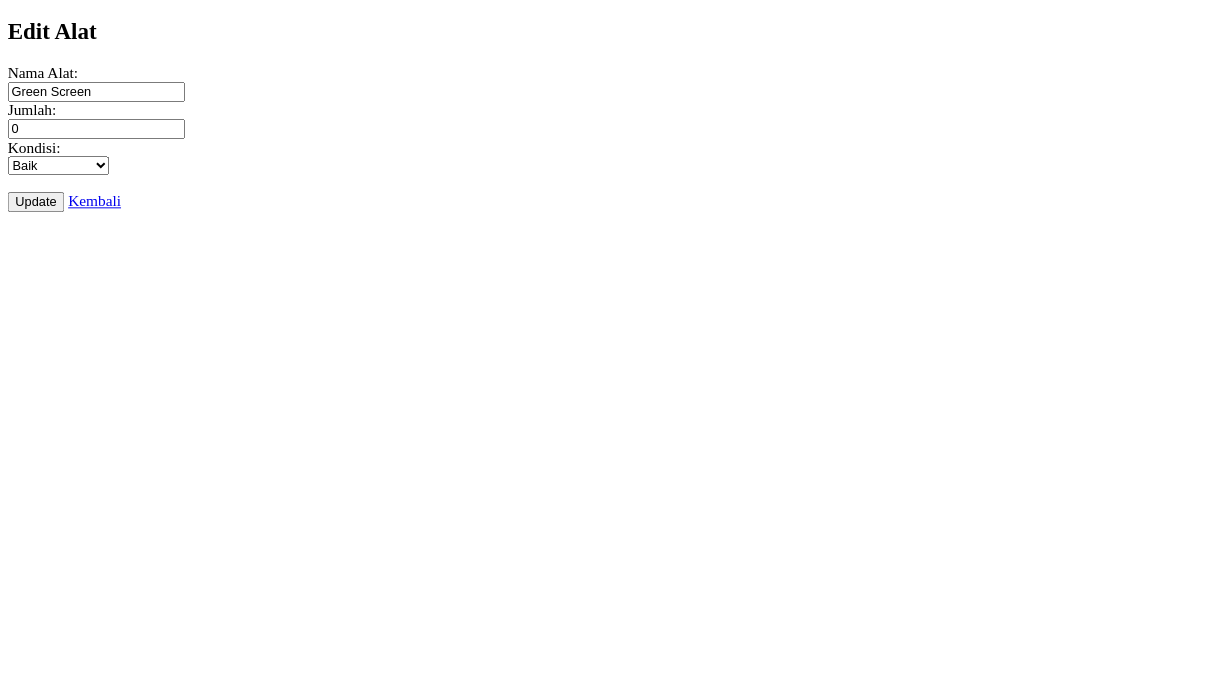
Repository: fatkquladhim/multimedia_app
Page: http://localhost/admin/daftar alat/edit-barang.php?id=7
The author's editor kept a copy of each file at every save. The page is drawn from the files as they stood at one save, then again after the next save.
The browser window is 1280 px wide. The pictures show the whole page, at 96% of full size.
Some web libraries are served in a nearby version. The page is run by PHP 8.4 with error messages shown; the project is at /var/www/html/. The session is filled in as if someone had signed in: {"user_id": 2, "username": "asep", "role": "admin"}. Other server files are loaded and not shown. The database holds what the project's SQL file puts in it.

Above is the page before, as saved 2025-07-18 22:57:59.

### admin/daftar alat/edit-barang.php
<?php
session_start();
if (!isset($_SESSION['user_id']) || $_SESSION['role'] !== 'admin') {
    header('Location: ../../auth/login.php');
    exit;
}

require_once '../../includes/db_config.php';
$conn = new mysqli(DB_HOST, DB_USER, DB_PASS, DB_NAME);

// Ambil data alat yang akan diedit
if (isset($_GET['id'])) {
    $id = $_GET['id'];
    $stmt = $conn->prepare("SELECT * FROM alat WHERE id = ?");
    $stmt->bind_param("i", $id);
    $stmt->execute();
    $result = $stmt->get_result();
    $alat = $result->fetch_assoc();

    if (!$alat) {
        header("Location: daftar-alat.php?status=error&message=Alat tidak ditemukan");
        exit;
    }
    $stmt->close();
}

// Proses update data
if ($_SERVER['REQUEST_METHOD'] === 'POST') {
    $id = $_POST['id'];
    $nama_alat = $_POST['nama_alat'];
    $jumlah = $_POST['jumlah'];
    $kondisi = $_POST['kondisi'];

    $stmt = $conn->prepare("UPDATE alat SET nama_alat = ?, jumlah = ?, kondisi = ? WHERE id = ?");
    $stmt->bind_param("sisi", $nama_alat, $jumlah, $kondisi, $id);

    if ($stmt->execute()) {
        header("Location: daftar-alat.php?status=success&message=Alat berhasil diupdate");
    } else {
        header("Location: edit-barang.php?id=$id&status=error&message=Gagal mengupdate alat");
    }

    $stmt->close();
    $conn->close();
    exit;
}
?>

<!DOCTYPE html>
<html>
<head>
    <title>Edit Alat</title>
</head>
<body>
    <h2>Edit Alat</h2>

    <?php
    if (isset($_GET['status']) && isset($_GET['message'])) {
        echo "<div class='alert'>" . htmlspecialchars($_GET['message']) . "</div>";
    }
    ?>

    <form method="POST">
        <input type="hidden" name="id" value="<?php echo $alat['id']; ?>">

        <div>
            <label>Nama Alat:</label><br>
            <input type="text" name="nama_alat" value="<?php echo htmlspecialchars($alat['nama_alat']); ?>" required>
        </div>

        <div>
            <label>Jumlah:</label><br>
            <input type="number" name="jumlah" value="<?php echo $alat['jumlah']; ?>" min="0" required>
        </div>

        <div>
            <label>Kondisi:</label><br>
            <select name="kondisi" required>
                <option value="Baik" <?php echo ($alat['kondisi'] == 'Baik') ? 'selected' : ''; ?>>Baik</option>
                <option value="Rusak Ringan" <?php echo ($alat['kondisi'] == 'Rusak Ringan') ? 'selected' : ''; ?>>Rusak Ringan</option>
                <option value="Rusak Berat" <?php echo ($alat['kondisi'] == 'Rusak Berat') ? 'selected' : ''; ?>>Rusak Berat</option>
            </select>
        </div>

        <br>
        <button type="submit">Update</button>
        <a href="daftar-alat.php">Kembali</a>
    </form>
</body>
</html>

### includes/db_config.php
<?php
// Konfigurasi database
define('DB_HOST', 'localhost');
define('DB_USER', 'root'); // ganti jika user database Anda berbeda
define('DB_PASS', '');     // ganti jika ada password database
define('DB_NAME', 'db_multimedia'); // nama database
?>

### db_multimedia (2).sql (the tables this page reads)
CREATE TABLE `alat` (
  `id` int(11) NOT NULL,
  `nama_alat` varchar(100) NOT NULL,
  `jumlah` int(11) DEFAULT 0,
  `kondisi` varchar(50) DEFAULT NULL
) ENGINE=InnoDB DEFAULT CHARSET=utf8mb4 COLLATE=utf8mb4_general_ci;

INSERT INTO `alat` (`id`, `nama_alat`, `jumlah`, `kondisi`) VALUES
(2, 'sapu', 1, 'Baik'),
(3, 'Kamera DSLR', 1, 'Baik'),
(4, 'Tripod', 8, 'Baik'),
(5, 'Lighting Set', 1, 'Baik'),
(6, 'Microphone', 2, 'Baik'),
(7, 'Green Screen', 0, 'Baik');

ALTER TABLE `alat`
  ADD PRIMARY KEY (`id`);

ALTER TABLE `alat`
  MODIFY `id` int(11) NOT NULL AUTO_INCREMENT, AUTO_INCREMENT=9;

### admin/header.php
    <?php
    // includes/header.php
    // Pastikan session sudah dimulai di file yang meng-include ini
    ?>
    <!DOCTYPE html>
    <html lang="en">
    <head>
        <meta charset="UTF-8">
        <meta name="viewport" content="width=device-width, initial-scale=1.0">
        <title>Admin Dashboard</title> <!-- Sesuaikan judul per halaman -->
        <script src="https://cdn.tailwindcss.com"></script>
        <link href="https://cdnjs.cloudflare.com/ajax/libs/font-awesome/6.0.0/css/all.min.css" rel="stylesheet">
        <script>
            tailwind.config = {
                darkMode: 'class',
                theme: {
                    extend: {
                        colors: {
                            'light-blue': {
                                50: '#f0f9ff',
                                100: '#e0f2fe',
                                200: '#bae6fd',
                                300: '#7dd3fc',
                                400: '#38bdf8',
                                500: '#0ea5e9',
                                600: '#0284c7',
                                700: '#0369a1',
                                800: '#075985',
                                900: '#0c4a6e'
                            }
                        }
                    }
                }
            }
        </script>
        <style>
            /* Styles from dashboard.php */
            .sidebar {
                transition: all 0.4s cubic-bezier(0.4, 0, 0.2, 1);
            }
            .main-content-area {
                transition: all 0.4s cubic-bezier(0.4, 0, 0.2, 1);
            }
            .sidebar-nav-item {
                transition: all 0.3s ease-in-out;
            }
            .dark-mode-transition {
                transition: background-color 0.3s ease, color 0.3s ease;
            }
            .gradient-bg {
                background: linear-gradient(135deg, #e0f2fe 0%, #bae6fd 100%);
            }
            .dark .gradient-bg {
                background: linear-gradient(135deg, #1e293b 0%, #334155 100%);
            }
            .glass-effect {
                backdrop-filter: blur(10px);
                background: rgba(255, 255, 255, 0.9);
            }
            .dark .glass-effect {
                background: rgba(30, 41, 59, 0.9);
            }
            .hover-scale {
                transition: transform 0.2s ease;
            }
            .hover-scale:hover {
                transform: scale(1.02);
            }
            .animate-fade-in {
                animation: fadeIn 0.5s ease-in-out;
            }
            @keyframes fadeIn {
                from {
                    opacity: 0;
                    transform: translateY(10px);
                }
                to {
                    opacity: 1;
                    transform: translateY(0);
                }
            }
            .mobile-menu {
                transform: translateX(-100%);
                transition: transform 0.3s ease;
            }
            .mobile-menu.active {
                transform: translateX(0);
            }
            @media (max-width: 768px) {
                .sidebar {
                    position: fixed;
                    top: 0;
                    left: 0;
                    height: 100vh;
                    z-index: 50;
                    transform: translateX(-100%);
                }
                .sidebar.active {
                    transform: translateX(0);
                }
                .sidebar-overlay {
                    position: fixed;
                    top: 0;
                    left: 0;
                    width: 100%;
                    height: 100%;
                    background: rgba(0, 0, 0, 0.5);
                    z-index: 40;
                    opacity: 0;
                    visibility: hidden;
                    transition: all 0.3s ease;
                }
                .sidebar-overlay.active {
                    opacity: 1;
                    visibility: visible;
                }
            }
            /* Specific styles for forms/tables if needed */
            table { width: 100%; border-collapse: collapse; margin-top: 20px; }
            th, td { padding: 8px; border: 1px solid #ddd; text-align: left; }
            th { background-color: #f2f2f2; }
            .alert { padding: 10px; margin-bottom: 15px; border-radius: 4px; }
            .alert-success { background-color: #d4edda; color: #155724; border: 1px solid #c3e6cb; }
            .alert-error, .alert-danger { background-color: #f8d7da; color: #721c24; border: 1px solid #f5c6cb; }
            .form-group { margin-bottom: 10px; }
            input[type="text"], input[type="email"], input[type="password"], input[type="number"], input[type="date"], input[type="time"], select, textarea {
                width: 100%; max-width: 300px; padding: 8px; border: 1px solid #ccc; border-radius: 4px; box-sizing: border-box;
            }
            button { padding: 10px 15px; background-color: #0ea5e9; color: white; border: none; border-radius: 4px; cursor: pointer; }
            button:hover { background-color: #0284c7; }
            a { text-decoration: none; color: #007bff; }
            a:hover { text-decoration: underline; }
        </style>
    </head>
    <body class="gradient-bg dark-mode-transition">
        <div id="sidebarOverlay" class="sidebar-overlay md:hidden"></div>
        <div class="min-h-screen flex">
            <!-- Sidebar -->
            <?php include 'sidebar.php'; ?>
            <!-- Main Content Area -->
            <div id="mainContentArea" class="flex-1 flex flex-col main-content-area">
                <!-- Header -->
                <header class="bg-white dark:bg-slate-800 shadow-sm p-4 md:p-6 glass-effect">
                    <div class="flex items-center justify-between">
                        <div class="flex items-center space-x-4">
                            <button id="mobileMenuToggle" class="md:hidden p-2 text-gray-600 dark:text-gray-300 hover:text-gray-800 dark:hover:text-white focus:outline-none">
                                <i class="fas fa-bars text-xl"></i>
                            </button>
                            <button id="sidebarToggle" class="hidden md:block p-2 text-gray-600 dark:text-gray-300 hover:text-gray-800 dark:hover:text-white focus:outline-none">
                                <i class="fas fa-bars text-xl"></i>
                            </button>
                            <div class="hidden md:block">
                                <h1 class="text-xl md:text-2xl font-bold text-gray-800 dark:text-white">
                                    <?php echo basename($_SERVER['PHP_SELF'], '.php'); ?> <!-- Dynamic title -->
                                </h1>
                            </div>
                        </div>
                        <div class="flex items-center space-x-2 md:space-x-4">
                            <button id="darkModeToggle" class="p-2 text-gray-600 dark:text-gray-300 hover:text-gray-800 dark:hover:text-white focus:outline-none">
                                <i class="fas fa-moon text-xl dark:hidden"></i>
                                <i class="fas fa-sun text-xl hidden dark:block"></i>
                            </button>
                            <button class="p-2 text-gray-600 dark:text-gray-300 hover:text-gray-800 dark:hover:text-white">
                                <i class="fas fa-bell text-xl"></i>
                            </button>
                            <div class="w-8 h-8 md:w-10 md:h-10 bg-light-blue-300 rounded-full overflow-hidden">
                                <img src="https://via.placeholder.com/40x40" alt="Profile" class="w-full h-full object-cover">
                            </div>
                        </div>
                    </div>
                </header>
                <main class="flex-1 p-4 md:p-6">

### admin/sidebar.php
    <?php
    // includes/sidebar.php
    // Pastikan session sudah dimulai di file yang meng-include ini
    // if (!isset($_SESSION['user_id']) || $_SESSION['role'] !== 'admin') {
    //     header('Location: ../auth/login.php');
    //     exit;
    // }
    ?>
    <div id="sidebar" class="w-64 bg-white dark:bg-slate-800 shadow-xl flex-shrink-0 sidebar transition-all duration-300 overflow-hidden glass-effect">
        <div class="p-4 flex items-center justify-between border-b border-light-blue-100 dark:border-slate-700">
            <div class="flex items-center space-x-3">
                <div class="w-10 h-10 bg-light-blue-500 rounded-lg flex items-center justify-center">
                    <i class="fas fa-home text-white text-xl"></i>
                </div>
                <h1 class="text-xl font-bold text-gray-800 dark:text-white">Multimedia</h1>
            </div>
            <button id="closeSidebar" class="md:hidden p-2 text-gray-500 hover:text-gray-700 dark:text-gray-400 dark:hover:text-gray-200">
                <i class="fas fa-times"></i>
            </button>
        </div>

        <nav class="mt-6 px-4">
            <div class="space-y-2">
                <a href="../dashboard.php" class="flex items-center px-4 py-3 text-light-blue-600 bg-light-blue-50 dark:bg-light-blue-900 dark:text-light-blue-300 rounded-lg sidebar-nav-item hover-scale">
                    <i class="fas fa-tachometer-alt w-5 h-5 mr-3"></i>
                    <span class="font-medium">Dashboard</span>
                </a>

                <a href="../anggota/anggota.php" class="flex items-center px-4 py-3 text-gray-600 dark:text-gray-300 hover:text-light-blue-600 dark:hover:text-light-blue-400 hover:bg-light-blue-50 dark:hover:bg-slate-700 rounded-lg sidebar-nav-item hover-scale">
                    <i class="fas fa-users w-5 h-5 mr-3"></i>
                    <span class="font-medium">Manajemen Anggota</span>
                </a>

                <a href="../daftar alat/daftar-alat.php" class="flex items-center px-4 py-3 text-gray-600 dark:text-gray-300 hover:text-light-blue-600 dark:hover:text-light-blue-400 hover:bg-light-blue-50 dark:hover:bg-slate-700 rounded-lg sidebar-nav-item hover-scale">
                    <i class="fas fa-tools w-5 h-5 mr-3"></i>
                    <span class="font-medium">Manajemen Alat</span>
                </a>

                <a href="../peminjaman/peminjaman-barang.php" class="flex items-center px-4 py-3 text-gray-600 dark:text-gray-300 hover:text-light-blue-600 dark:hover:text-light-blue-400 hover:bg-light-blue-50 dark:hover:bg-slate-700 rounded-lg sidebar-nav-item hover-scale">
                    <i class="fas fa-handshake w-5 h-5 mr-3"></i>
                    <span class="font-medium">Peminjaman Barang</span>
                </a>

                <a href="../penyewaan/penyewaan-barang.php" class="flex items-center px-4 py-3 text-gray-600 dark:text-gray-300 hover:text-light-blue-600 dark:hover:text-light-blue-400 hover:bg-light-blue-50 dark:hover:bg-slate-700 rounded-lg sidebar-nav-item hover-scale">
                    <i class="fas fa-cash-register w-5 h-5 mr-3"></i>
                    <span class="font-medium">Penyewaan Barang</span>
                </a>

                <a href="../legalisasi laptop/legalisasi_list.php" class="flex items-center px-4 py-3 text-gray-600 dark:text-gray-300 hover:text-light-blue-600 dark:hover:text-light-blue-400 hover:bg-light-blue-50 dark:hover:bg-slate-700 rounded-lg sidebar-nav-item hover-scale">
                    <i class="fas fa-laptop w-5 h-5 mr-3"></i>
                    <span class="font-medium">Legalisasi Laptop</span>
                </a>
            </div>

            <div class="mt-8 mb-4">
                <h3 class="px-4 text-xs font-semibold text-gray-500 dark:text-gray-400 uppercase tracking-wider">
                    Tugas & Izin
                </h3>
            </div>

            <div class="space-y-2">
                <a href="../beri tugas/beri_tugas_form.php" class="flex items-center px-4 py-3 text-gray-600 dark:text-gray-300 hover:text-light-blue-600 dark:hover:text-light-blue-400 hover:bg-light-blue-50 dark:hover:bg-slate-700 rounded-lg sidebar-nav-item hover-scale">
                    <i class="fas fa-clipboard-list w-5 h-5 mr-3"></i>
                    <span class="font-medium">Beri Tugas</span>
                </a>

                <a href="../beri tugas/tugas_selesai_riwayat.php" class="flex items-center px-4 py-3 text-gray-600 dark:text-gray-300 hover:text-light-blue-600 dark:hover:text-light-blue-400 hover:bg-light-blue-50 dark:hover:bg-slate-700 rounded-lg sidebar-nav-item hover-scale">
                    <i class="fas fa-check-double w-5 h-5 mr-3"></i>
                    <span class="font-medium">Riwayat Tugas</span>
                </a>

                <a href="../izin_malam/izin-malam.php" class="flex items-center px-4 py-3 text-gray-600 dark:text-gray-300 hover:text-light-blue-600 dark:hover:text-light-blue-400 hover:bg-light-blue-50 dark:hover:bg-slate-700 rounded-lg sidebar-nav-item hover-scale">
                    <i class="fas fa-moon w-5 h-5 mr-3"></i>
                    <span class="font-medium">Izin Malam</span>
                </a>

                <a href="../izin_nugas/izin-nugas.php" class="flex items-center px-4 py-3 text-gray-600 dark:text-gray-300 hover:text-light-blue-600 dark:hover:text-light-blue-400 hover:bg-light-blue-50 dark:hover:bg-slate-700 rounded-lg sidebar-nav-item hover-scale">
                    <i class="fas fa-book-open w-5 h-5 mr-3"></i>
                    <span class="font-medium">Izin Nugas</span>
                </a>
            </div>

            <div class="mt-8 mb-4">
                <h3 class="px-4 text-xs font-semibold text-gray-500 dark:text-gray-400 uppercase tracking-wider">
                    Keuangan
                </h3>
            </div>

            <div class="space-y-2">
                <a href="../uang masuk/masuk.php" class="flex items-center px-4 py-3 text-gray-600 dark:text-gray-300 hover:text-light-blue-600 dark:hover:text-light-blue-400 hover:bg-light-blue-50 dark:hover:bg-slate-700 rounded-lg sidebar-nav-item hover-scale">
                    <i class="fas fa-money-bill-alt w-5 h-5 mr-3"></i>
                    <span class="font-medium">Uang Masuk</span>
                </a>

                <a href="../uang keluar/keluar.php" class="flex items-center px-4 py-3 text-gray-600 dark:text-gray-300 hover:text-light-blue-600 dark:hover:text-light-blue-400 hover:bg-light-blue-50 dark:hover:bg-slate-700 rounded-lg sidebar-nav-item hover-scale">
                    <i class="fas fa-money-bill-wave w-5 h-5 mr-3"></i>
                    <span class="font-medium">Uang Keluar</span>
                </a>
            </div>

            <div class="mt-8 mb-4">
                <h3 class="px-4 text-xs font-semibold text-gray-500 dark:text-gray-400 uppercase tracking-wider">
                    Akun
                </h3>
            </div>

            <div class="space-y-2">
                <a href="../auth/logout.php" class="flex items-center px-4 py-3 text-red-600 dark:text-red-400 hover:text-red-700 dark:hover:text-red-300 hover:bg-red-50 dark:hover:bg-red-900 rounded-lg sidebar-nav-item hover-scale">
                    <i class="fas fa-sign-out-alt w-5 h-5 mr-3"></i>
                    <span class="font-medium">Logout</span>
                </a>
            </div>
        </nav>
    </div>

After the next save:
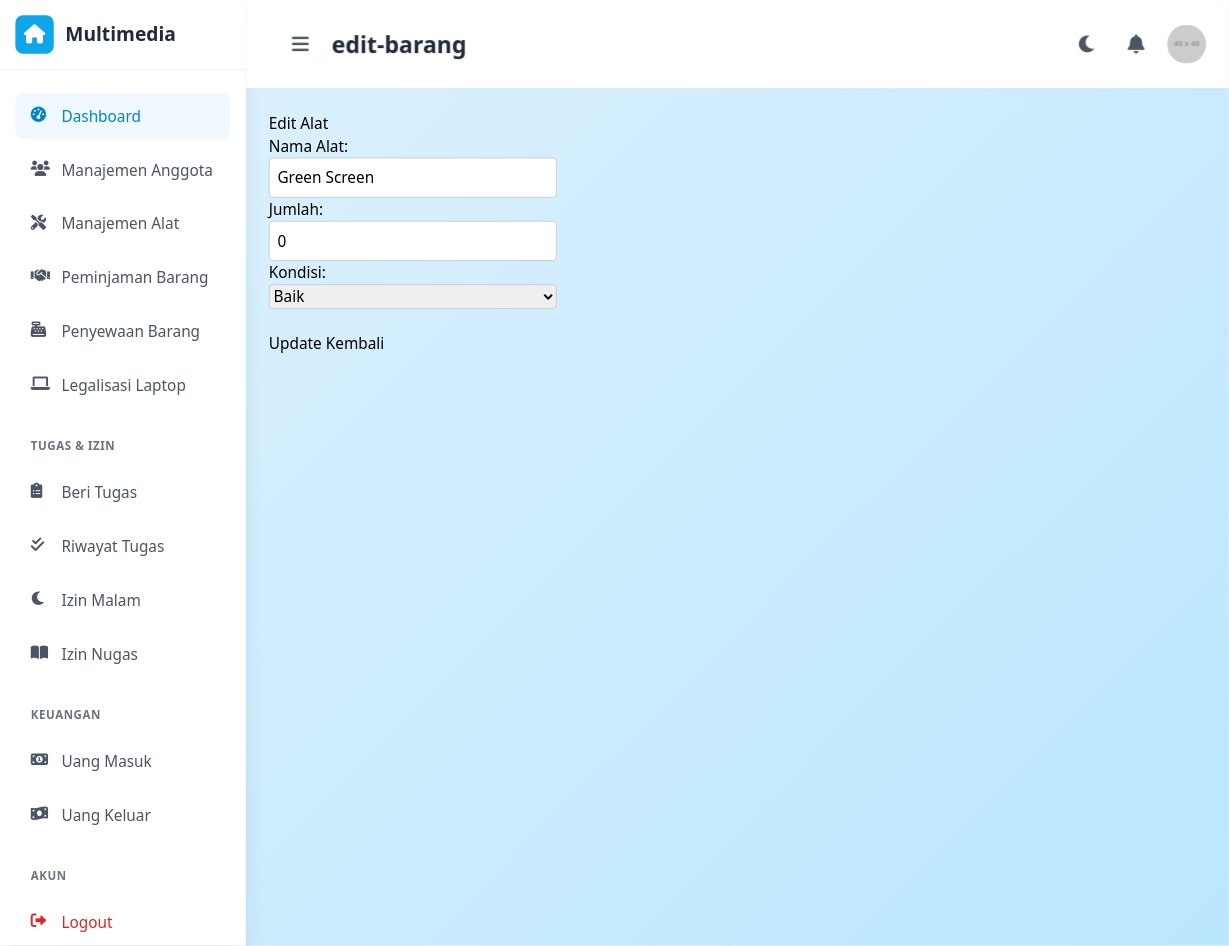
Saved 13 s later.
--- a/admin/daftar alat/edit-barang.php
+++ b/admin/daftar alat/edit-barang.php
@@ -44,14 +44,9 @@ if ($_SERVER['REQUEST_METHOD'] === 'POST') {
     $conn->close();
     exit;
 }
+include '../header.php'; // Path relatif dari 'anggota/'
 ?>
 
-<!DOCTYPE html>
-<html>
-<head>
-    <title>Edit Alat</title>
-</head>
-<body>
     <h2>Edit Alat</h2>
 
     <?php
